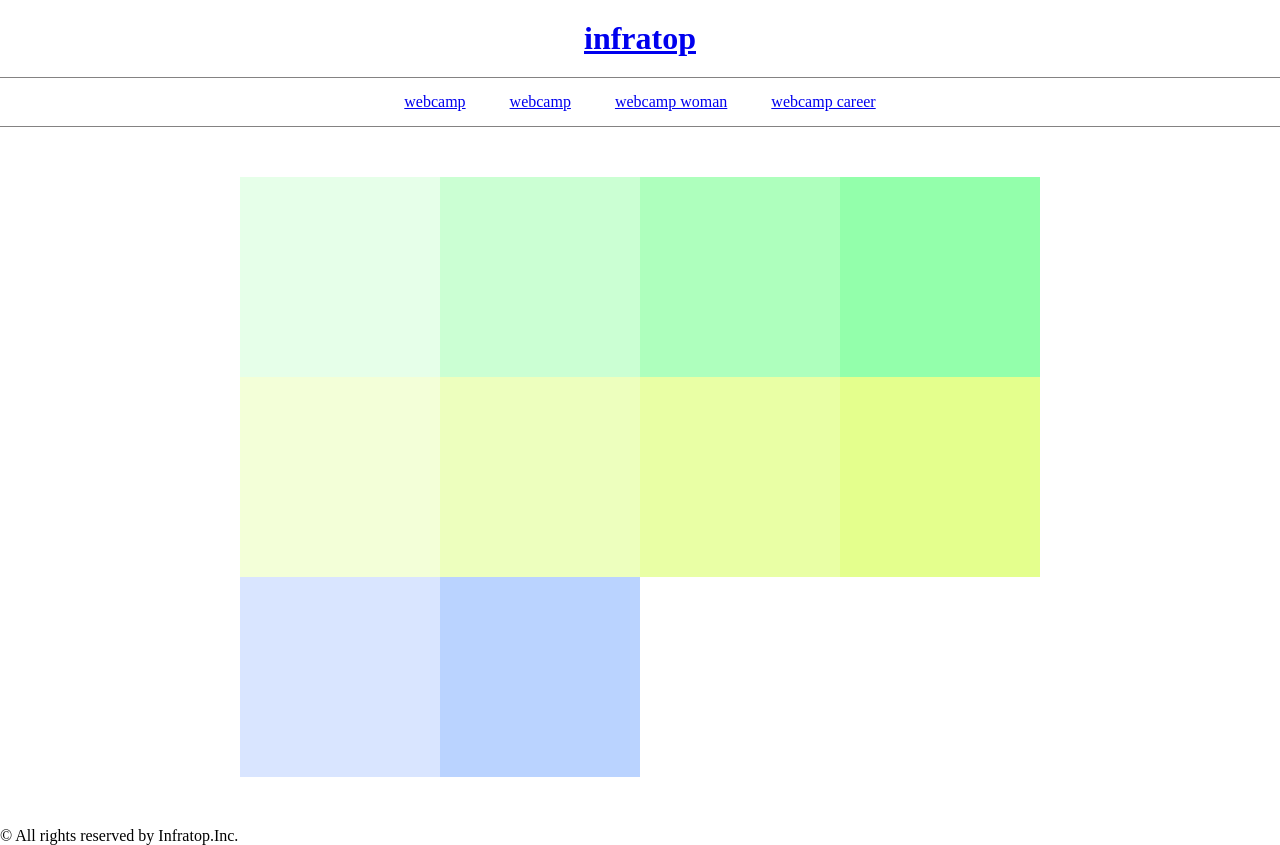
Repository: matuyama/dmm-webcamp
Page: chapter5/chapter5.html
The author's editor kept a record of every edit. The page is drawn from the files as they stood at one moment, then again after the next edit.
The browser window is 1280 px wide. The pictures show the whole page.

Above is the page before.

After the next edit:
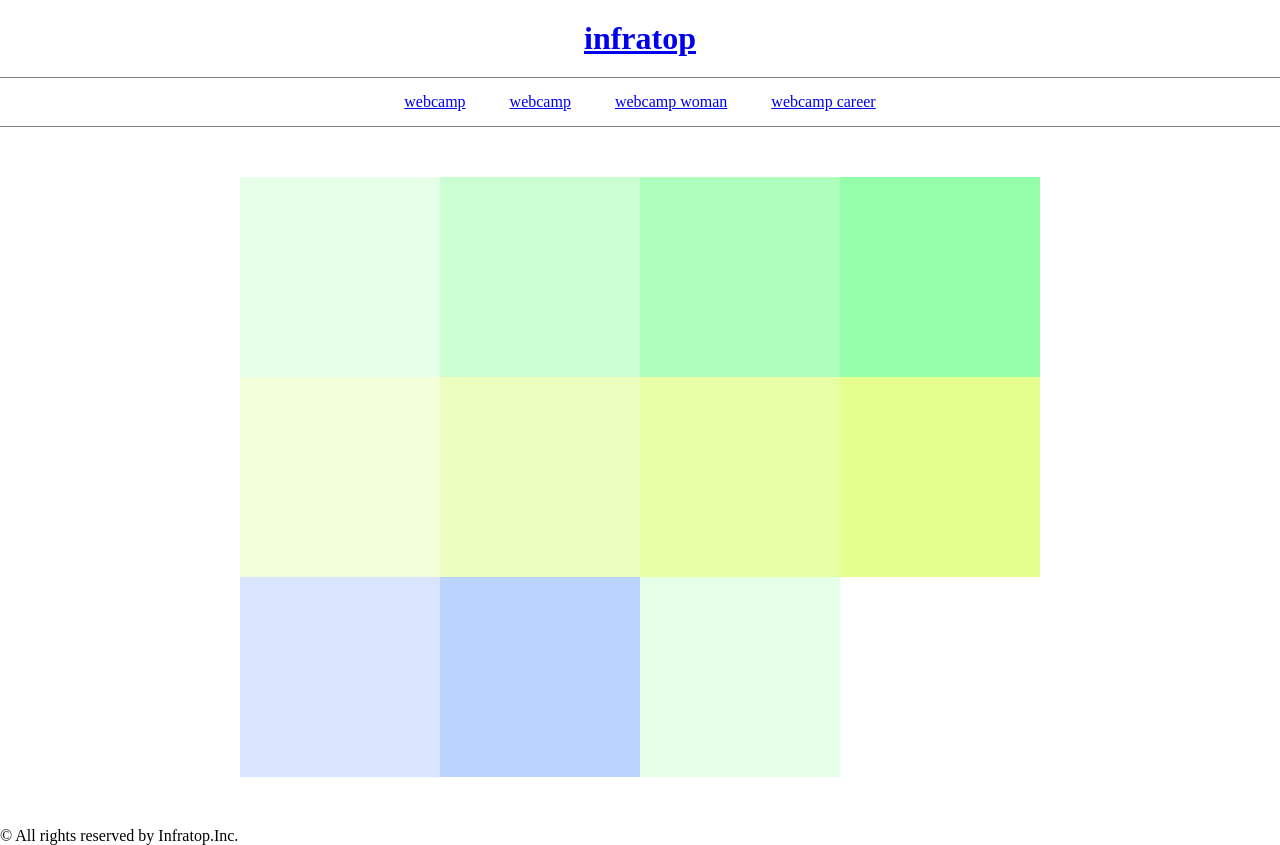
The edit:
--- a/chapter5/chapter5.css
+++ b/chapter5/chapter5.css
@@ -90,7 +90,7 @@
     background-color: #bad3ff;
   }
 
-  .box1{
+  .box11{
     width: 200px;
     height: 200px;
     background-color: #e6ffe9;
